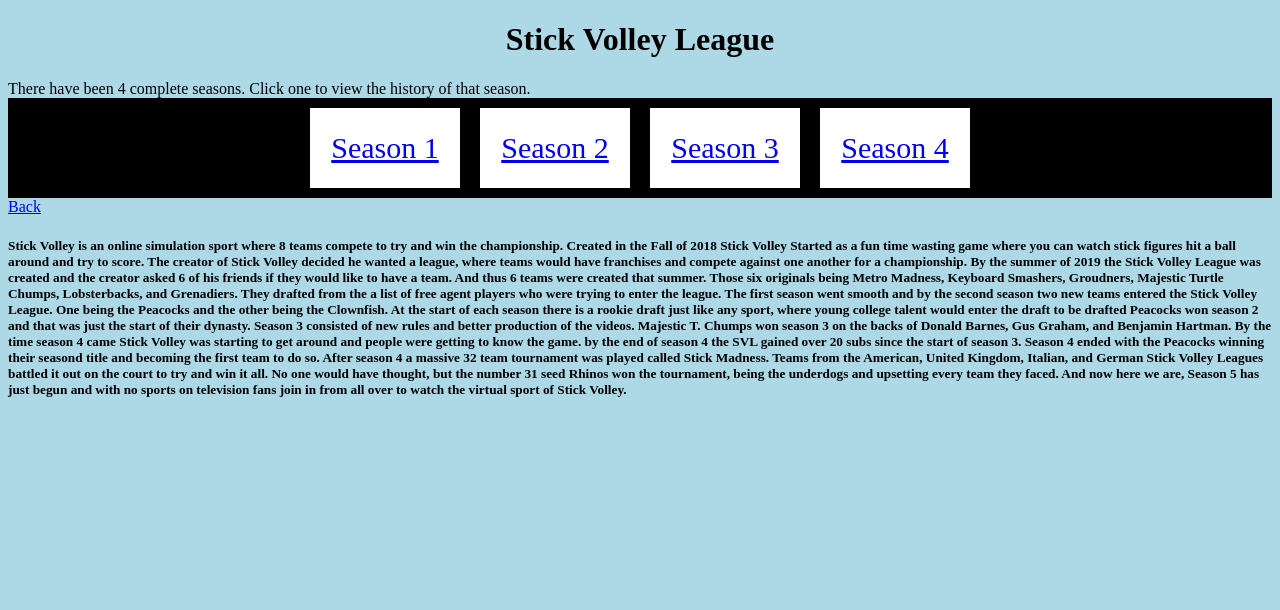
Repository: eppolij1/eppolij1.github.io
Page: history.html
The author's editor kept a record of every edit. The page is drawn from the files as they stood at one moment, then again after the next edit.
The browser window is 1280 px wide. The pictures show the whole page.

Above is the page before.

After the next edit:
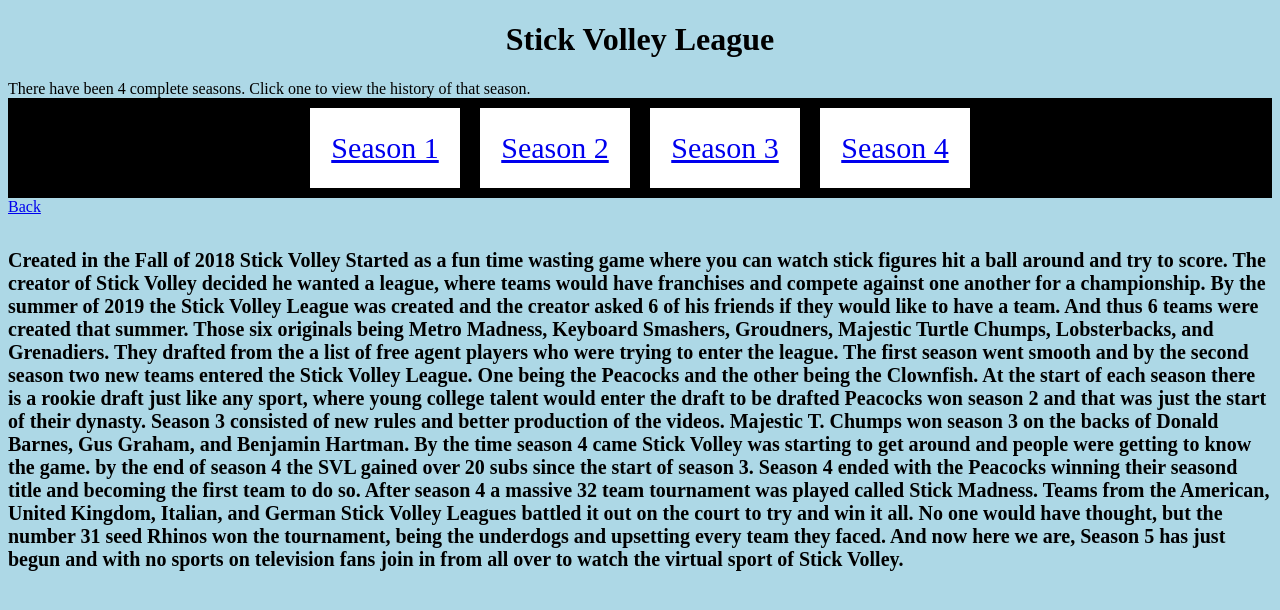
The edit:
--- a/history.html
+++ b/history.html
@@ -62,8 +62,8 @@
 
 
 
-  <h5>
-Stick Volley is an online simulation sport where 8 teams compete to try and win the championship. Created in the Fall of 2018 Stick Volley Started as a fun time wasting game where you can watch stick figures hit a ball around and try to score. The creator of Stick Volley decided
+  <h5 style="font-size:20px;">
+ Created in the Fall of 2018 Stick Volley Started as a fun time wasting game where you can watch stick figures hit a ball around and try to score. The creator of Stick Volley decided
 he wanted a league, where teams would have franchises and compete against one another for a championship. By the summer of 2019 the Stick Volley League was created and the creator asked 6 of his friends if they would like to have a team. And thus 6 teams were created that summer.
 Those six originals being Metro Madness, Keyboard Smashers, Groudners, Majestic Turtle Chumps, Lobsterbacks, and Grenadiers. They drafted from the a list of free agent players who were trying to enter the league. The first season went smooth and by the second season two new teams
 entered the Stick Volley League. One being the Peacocks and the other being the Clownfish. At the start of each season there is a rookie draft just like any sport, where young college talent would enter the draft to be drafted Peacocks won season 2 and that was just the start of
